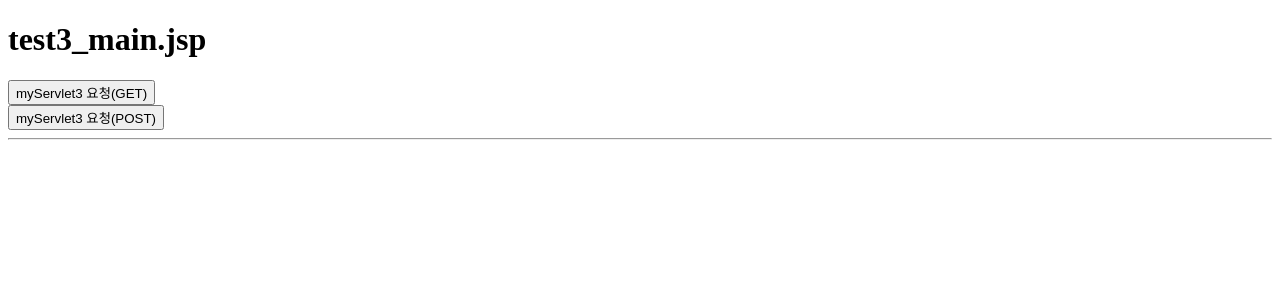
Repository: junesse-afk/ITJSP
Page: http://localhost/StudyJSP/jsp09_servlet/test3_main.jsp
An editor plug-in stored every save of this project. The page is shown before and after the next save, followed by the edit.
The browser window is 1280 px wide. The pictures show the whole page.
The page is served by Tomcat 10. Other server files are loaded and not shown.

Above is the page before, as saved 2024-11-26 07:17:57.

### workspace_jsp/StudyJSP/src/main/webapp/jsp09_servlet/test3_main.jsp
<%@ page language="java" contentType="text/html; charset=UTF-8"
    pageEncoding="UTF-8"%>
<!DOCTYPE html>
<html>
<head>
<meta charset="UTF-8">
<title>Insert title here</title>
</head>
<body>

	<h1>test3_main.jsp</h1>
	<form action="myServlet3" method="get">
		<input type="hidden" name="id" value="admin">
		<input type="hidden" name="name" value="홍길동">
		<input type="submit" value="myServlet3 요청(GET)">
	</form>
	<form action="myServlet3" method="post">
		<input type="hidden" name="id" value="admin">
		<input type="hidden" name="name" value="홍길동">
		<input type="submit" value="myServlet3 요청(POST)">
	</form>
	<hr>




</body>
</html>

After the next save:
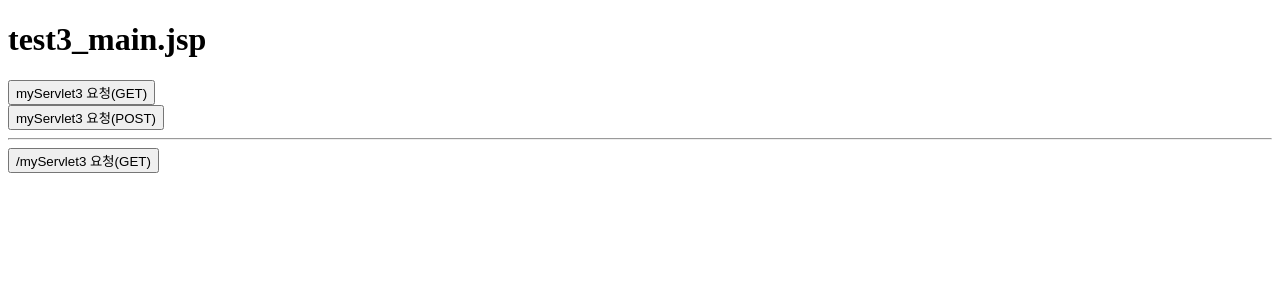
Saved 49 s later.
--- a/workspace_jsp/StudyJSP/src/main/webapp/jsp09_servlet/test3_main.jsp
+++ b/workspace_jsp/StudyJSP/src/main/webapp/jsp09_servlet/test3_main.jsp
@@ -21,6 +21,15 @@
 	</form>
 	<hr>
 
+	<form action="/myServlet3" method="get">
+		<input type="submit" value="/myServlet3 요청(GET)">
+	</form>
+
+
+
+
+
+
 
 
 
